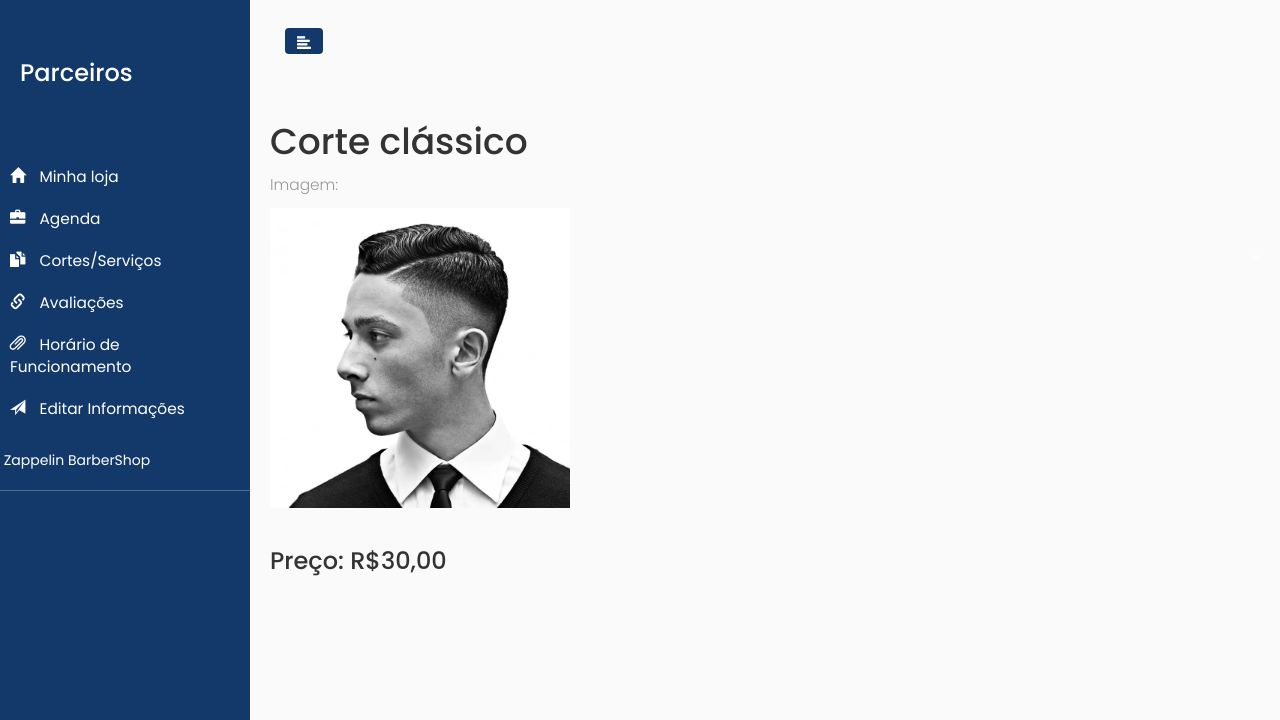
Repository: aquilesascar/barberconnect
Page: http://localhost/corteclassico.php
These files come from the project's save history. The page is drawn as it stood at one moment and after the next save; the edit follows.
The browser window is 1280 px wide. The pictures show the whole page.
The page is run by PHP 8.4 with error messages shown; the project is at /var/www/html/.

Above is the page before, as saved 2023-10-10 10:09:06.

### corteclassico.php
<!DOCTYPE html>
<html>

<head>
    <meta charset="utf-8">
    <meta name="viewport" content="width=device-width, initial-scale=1.0">
    <meta http-equiv="X-UA-Compatible" content="IE=edge">

    <title>Barra de tarefas</title>

    <!-- Bootstrap CSS CDN -->
    <link rel="stylesheet" href="https://maxcdn.bootstrapcdn.com/bootstrap/3.3.7/css/bootstrap.min.css">
    <!-- Our Custom CSS -->
    <link rel="stylesheet" href="../TCC/assets/css/style4.css">

</head>

<body>
    <div class="wrapper">
        <?php
        //INCLUSÃO DO MENU
        include_once('menu.php');
        ?>
        <!-- Page Content Holder -->
        <div id="content">


            <div class="container-fluid">

                <div class="navbar-header">
                    <button type="button" id="sidebarCollapse" class="btn btn-info navbar-btn">
                        <i class="glyphicon glyphicon-align-left"></i>

                    </button>
                </div>

                <div class="collapse navbar-collapse" id="bs-example-navbar-collapse-1">

                </div>
            </div>
            </nav>
            <br><br>




            <style>
                #botaoAbrir,
                #salvarTexto {
                    background-color: #D21742;
                    border: none;
                    color: white;
                    padding: 10px 20px;
                    text-align: center;
                    text-decoration: none;
                    display: inline-block;
                    font-size: 16px;
                    margin: 10px;
                    cursor: pointer;
                    border-radius: 5px;
                }
            </style>






            <h1>Corte clássico</h1>
            <p>Imagem:</p>
            <img src="../TCC/assets/img/classiccorte.webp" alt="" class="img">
            <style>
                .img {
                    width: 300px;
                    height: auto;
                }
            </style>
            <h3>Preço: R$30,00</h3>

        </div>
    </div>

    <!-- jQuery CDN -->
    <script src="https://code.jquery.com/jquery-1.12.0.min.js"></script>
    <!-- Bootstrap Js CDN -->
    <script src="https://maxcdn.bootstrapcdn.com/bootstrap/3.3.7/js/bootstrap.min.js"></script>

    <script type="text/javascript">
        $(document).ready(function() {
            $('#sidebarCollapse').on('click', function() {
                $('#sidebar').toggleClass('active');
            });
        });
    </script>
</body>

</html>

### menu.php
<nav id="sidebar">
    <div class="sidebar-header">
        <h3>Parceiros</h3>
        <strong>BC</strong>
    </div>

    <ul class="list-unstyled components">
        <li>
            <a href="index4.php">
                <i class="glyphicon glyphicon-home"></i>
                Minha loja
            </a>

        </li>
        <li>
            <a href="agenda.php">
                <i class="glyphicon glyphicon-briefcase"></i>
                Agenda
            </a>

            <a href="corteclassico.php" aria-expanded="false">
                <i class="glyphicon glyphicon-duplicate"></i>
                Cortes/Serviços
            </a>
        </li>
        <li>
            <a href="avaliacoes.php">
                <i class="glyphicon glyphicon-link"></i>
                Avaliações
            </a>
        </li>
        <li>
            <a href="horario.php">
                <i class="glyphicon glyphicon-paperclip"></i>
                Horário de Funcionamento
            </a>
        </li>
        <li>
            <a href="#">
                <i class="glyphicon glyphicon-send"></i>
                Editar Informações
            </a>
        </li>
        <li>
            <a href="#"></a>
            <i class="glyphicon glyphicon-logout"></i>
            Zappelin BarberShop
        </li>
    </ul>

</nav>

### assets/css/style4.css
@import "https://fonts.googleapis.com/css?family=Poppins:300,400,500,600,700";

.form-check form-switch {
    text-align: justify;
}

h2 {
    padding-top: 20px;
}

h3 {
    padding-bottom: 20px;
    padding-top: 20px;
}

#sidebarCollapse {
    display: flex;
    align-items: center;
    justify-content: center;
}

#sidebarCollapse:hover {

    background-color: #05234b;
    color: white;
    align-items: center;
}

#lorem{
    color: #fafafa;
    font-size: 14px;
    user-select: none; /* Evita a seleção de texto */
    cursor: default;   /* Mantém o cursor padrão */
}


.coverImg {
    display: flex;
    justify-content: center;
}

.cover {
    border-radius: 8px;
}

.images {
    padding-bottom: 6% !important;
}

.linha{
    padding-bottom: 3%;
}

.filtros button {
    align-items: center !important;
    justify-content: center;
    border-radius: 25px !important;
    padding: 5px 17px;
    background-color: transparent;
    border-color: #8c8c8c !important;
    color: #8c8c8c;
    font-size: 16px !important;
    margin-right: 20px;
    font-weight: 450;
}

.filtros button:hover {
    background-color: transparent !important;
    /* Remove a mudança de cor de fundo */
    border-color: #6a6a6a !important;
    /* Remove a mudança de cor da borda */
    color: #6a6a6a !important;
    /* Remove a mudança de cor do texto */
}

.btn-primary {
    align-items: center !important;
    justify-content: center;
    border-radius: 5px !important;
    background-color: transparent;
    border-color: #080808 !important;
    color: #8c8c8c;
    font-size: 13px;
    margin-right: 20px;
    font-weight: 450;
}

.btn-primary:hover {
    background-color: transparent !important;
    /* Remove a mudança de cor de fundo */
    border-color: #6a6a6a !important;
    /* Remove a mudança de cor da borda */
    color: #6a6a6a !important;
    /* Remove a mudança de cor do texto */
}

.filtros {
    padding-bottom: 1%;

}

.divForm {
    margin-left: 10%;
    margin-right: 10%;
    border-radius: 6px;
    background-color: white;
    position: relative;
}

.divTable {
    border-radius: 6px;
    background-color: white;
    position: relative;
    box-shadow: 0 4px 8px 0 rgba(0, 0, 0, 0.2);
}

.divTable table {
    width: 100%;
    border-collapse: collapse;
    font-family: Arial, sans-serif;
}

.divTable th {
    background-color: #13396B;
    color: white;
    padding: 10px;
    text-align: center;
}

.divTable td {
    padding: 18px;
    text-align: center;
    border-bottom: 1px solid #ddd;
}

.divTable tr:hover {
    background-color: #f5f5f5;
}

.divTable caption {
    caption-side: top;
    text-align: center;
    font-weight: bold;
}


.barberItem {
    box-sizing: border-box;
    width: calc(100% / 3 - 10px);
    height: 200px;
    display: inline-block;
    position: relative;
    border-radius: 15px; /* Adiciona bordas arredondadas */
    box-shadow: 0 4px 8px 0 rgba(0,0,0,0.2); /* Adiciona sombra */
    transition: transform 0.4s ease, box-shadow 0.2s ease;
    background-color: #ffffff; /* Adiciona cor de fundo */
    padding: 10px 20px;
    margin-right: 6px;
    margin-bottom: 20px; /* Espaçamento entre as linhas */
}

.barberItem:hover {
    border-color: #6a6a6a !important;
    cursor: pointer;
}

.barberItem p {
    padding-left: 15%;
    font-size: 20px !important;
    padding-bottom: 20% !important;
    display: inline-block !important;
}

.barberText {
    margin-left: 85px;
    font-size: 24px;
    align-items: center;
    position: relative;
    top: -78px;
}

.description {
    padding-top: 4%;
}

.itemDescription {
    color: #8c8c8c;
    display: block;
    padding-bottom: 5%;
}

.price {
    padding-top: 5%;
    font-weight: 700;
    font-size: 20px;
}

.infos {
    position: relative;
    top: -1px;
    display: flex;
    justify-content: space-between;
    /* Isso substituirá a necessidade de float: right; */
}

.rightInfo {
    clear: both;
}

.itemName {
    font-size: 20px;
    font-weight: 600;
    position: relative;
}

.bi-star-fill {
    font-size: 16px;

}

.barberInfo {
    padding-top: 5%;
    font-size: 16px;
}

.avaliacao {
    color: rgb(255, 213, 0);
    text-decoration: underline;
    transition: color 0.2s ease;
}

.avaliacao:hover {
    cursor: pointer;
    color: rgb(251, 209, 0);
}

.distancia {
    color: rgba(0, 0, 0, 0.45);
}

.barberText {
    padding-top: 3px;
    font-size: 16px;
}

.barberName {
    font-size: 24px;
    font-weight: 700;
    position: relative;

}

.images img {
    padding-right: 3% !important;
}

body {
    font-family: 'Poppins', sans-serif;
    background: #fafafa;
}

p {
    font-family: 'Poppins', sans-serif;
    font-size: 1.1em;
    font-weight: 300;
    line-height: 1.7em;
    color: #999;
}

a,
a:hover,
a:focus {
    color: inherit;
    text-decoration: none;
    transition: all 0.3s;
}

.navbar {
    padding: 15px 10px;
    background: #fff;
    border: none;
    border-radius: 0;
    margin-bottom: 40px;
    box-shadow: 1px 1px 3px rgba(0, 0, 0, 0.1);
}

.minImg {
    position: absolute;
    right: 0;
    top: 50%;
    transform: translateY(-50%);
    padding-right: 5%;

}


.images img {
    padding-right: 3% !important;
}

.navbar-btn {
    box-shadow: none;
    outline: none !important;
    border: none;
    color: #ffffff;
    background-color: #13396B;
}

.line {
    width: 100%;
    height: 1px;
    border-bottom: 1px dashed #ddd;
    margin: 40px 0;
}

i,
span {
    display: inline-block;
}

/* ---------------------------------------------------
    SIDEBAR STYLE
----------------------------------------------------- */
.wrapper {
    display: flex;
    height: 100%;
    /*align-items: stretch;*/
}

#agenda {
    background-color: #13396B !important;
    color: white;
    cursor: default;
}

#thData:hover {
    cursor: pointer;
}

#sidebar {
    min-width: 250px;
    max-width: 250px;
    background: #13396B;
    color: #ffffff;
    transition: all 0.3s;
}

#sidebar.active {
    min-width: 80px;
    max-width: 80px;
    text-align: center;
}

#sidebar.active .sidebar-header h3,
#sidebar.active .CTAs {
    display: none;
}

#sidebar.active .sidebar-header strong {
    display: block;
}

#sidebar ul li a {
    text-align: left;
}

#sidebar.active ul li a {
    padding: 20px 10px;
    text-align: center;
    font-size: 0.85em;
}

#sidebar.active ul li a i {
    margin-right: 0;
    display: block;
    font-size: 1.8em;
    margin-bottom: 5px;
}

#sidebar.active ul ul a {
    padding: 10px !important;
}

#sidebar.active a[aria-expanded="false"]::before,
#sidebar.active a[aria-expanded="true"]::before {
    top: auto;
    bottom: 5px;
    right: 50%;
    -webkit-transform: translateX(50%);
    -ms-transform: translateX(50%);
    transform: translateX(50%);
}

#sidebar .sidebar-header {
    padding: 20px;
    background: #13396B;
}

#sidebar .sidebar-header strong {
    display: none;
    font-size: 1.8em;
}

#sidebar ul.components {
    padding: 20px 0;
    border-bottom: 1px solid #47748b;
}

#sidebar ul li a {
    padding: 10px;
    font-size: 1.1em;
    display: block;
}

#sidebar ul li a:hover {
    color: #13396B;
    background: #fff;
}

#sidebar ul li a i {
    margin-right: 10px;
}

#sidebar ul li.active>a,
a[aria-expanded="true"] {
    color: #fff;
    background: #13396B;
}


a[data-toggle="collapse"] {
    position: relative;
}

a[aria-expanded="false"]::before,
a[aria-expanded="true"]::before {
    content: '\e259';
    display: block;
    position: absolute;
    right: 20px;
    font-family: 'Glyphicons Halflings';
    font-size: 0.6em;
}

a[aria-expanded="true"]::before {
    content: '\e260';
}


ul ul a {
    font-size: 0.9em !important;
    padding-left: 30px !important;
    background: #13396B;
}

ul.CTAs {
    padding: 20px;
}

ul.CTAs a {
    text-align: center;
    font-size: 0.9em !important;
    display: block;
    border-radius: 5px;
    margin-bottom: 5px;
}

a.download {
    background: #13396B;
    color: #13396B;
}

a.article,
a.article:hover {
    background: #13396B !important;
    color: #fff !important;
}

#imgCorte {
    width: 100px;
}

/* ---------------------------------------------------
    CONTENT STYLE
----------------------------------------------------- */
#content {
    padding: 20px;
    min-height: 100vh;
    transition: all 0.3s;
}


/* ---------------------------------------------------
    MEDIAQUERIES
----------------------------------------------------- */
@media (max-width: 768px) {
    #sidebar {
        min-width: 80px;
        max-width: 80px;
        text-align: center;
        margin-left: -80px !important;
    }

    a[aria-expanded="false"]::before,
    a[aria-expanded="true"]::before {
        top: auto;
        bottom: 5px;
        right: 50%;
        -webkit-transform: translateX(50%);
        -ms-transform: translateX(50%);
        transform: translateX(50%);
    }

    #sidebar.active {
        margin-left: 0 !important;
    }

    #sidebar .sidebar-header h3,
    #sidebar .CTAs {
        display: none;
    }

    #sidebar .sidebar-header strong {
        display: block;
    }

    #sidebar ul li a {
        padding: 20px 10px;
    }

    #sidebar ul li a span {
        font-size: 0.85em;
    }

    #sidebar ul li a i {
        margin-right: 0;
        display: block;
    }

    #sidebar ul ul a {
        padding: 10px !important;
    }

    #sidebar ul li a i {
        font-size: 1.3em;
    }

    #sidebar {
        margin-left: 0;
    }

    #sidebarCollapse span {
        display: none;
    }
}

After the next save:
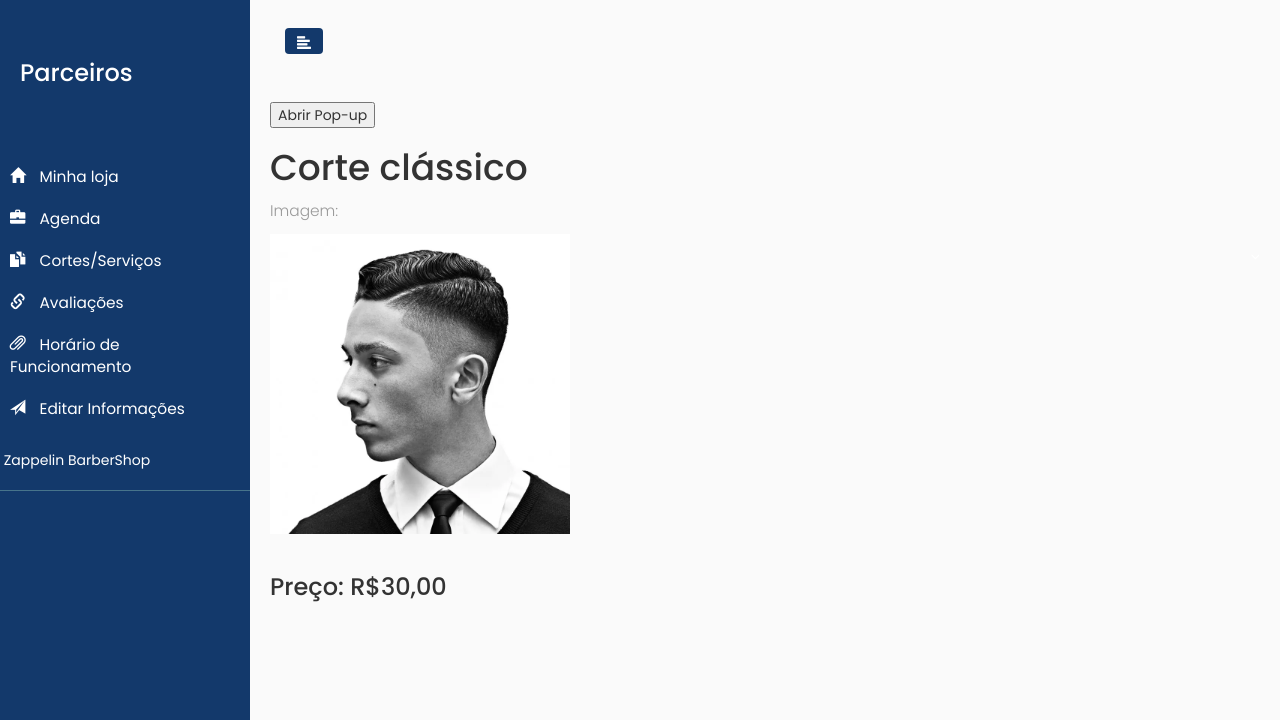
Saved 5 s later.
--- a/corteclassico.php
+++ b/corteclassico.php
@@ -42,6 +42,7 @@
             <br><br>
 
 
+            <button onclick="abrirPopup()">Abrir Pop-up</button>
 
 
             <style>
